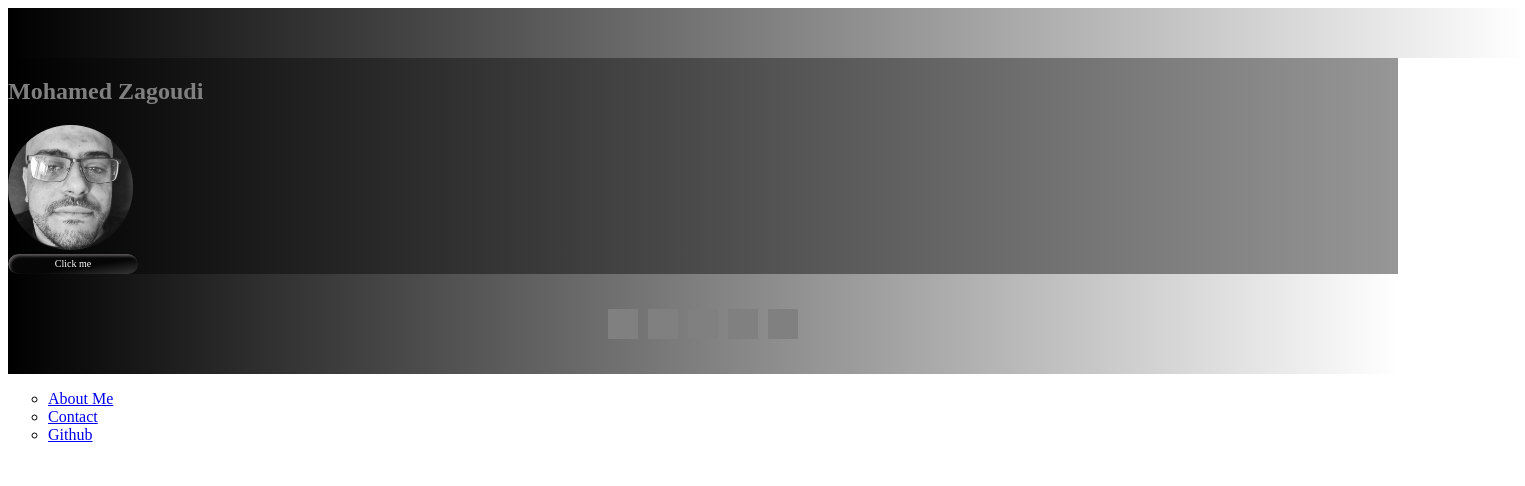
Repository: Mohzagou/Eersteportofolio
Page: index.html
The author's editor kept a copy of each file at every save. The page is drawn from the files as they stood at one save, then again after the next save.
The browser window is 1280 px wide. The page is 1525 px wide, so the pictures cover 1525 px, including what lies to the right of the window. The pictures show the whole page.

Above is the page before, as saved 2022-06-08 00:14:29.

After the next save:
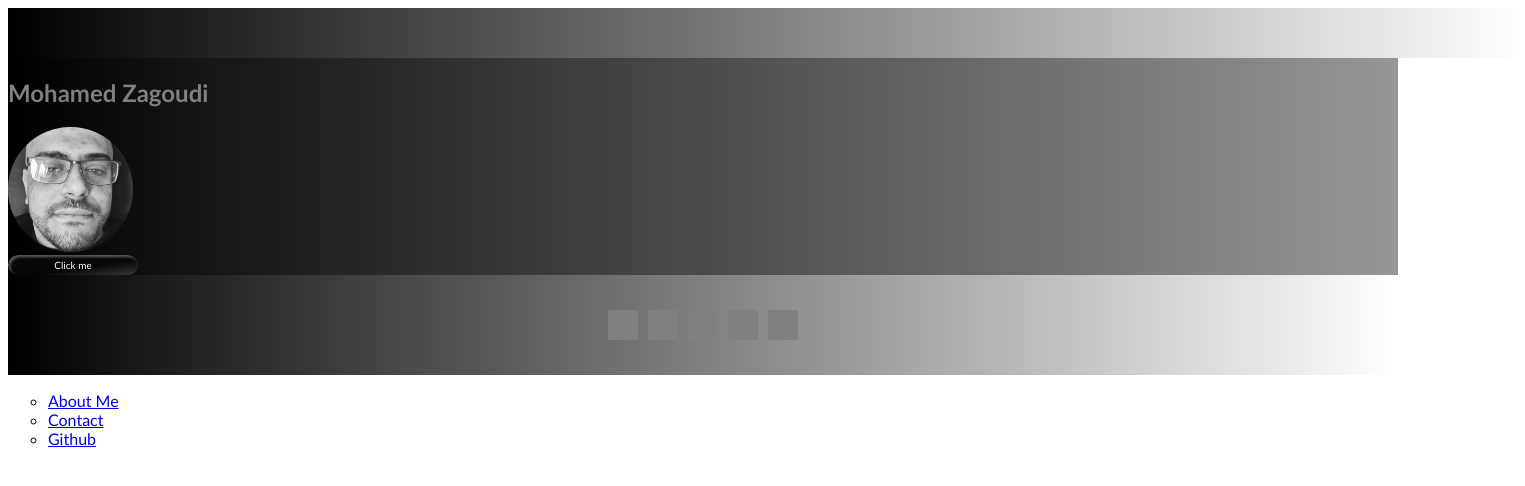
Saved 23 s later.
--- a/styles.css
+++ b/styles.css
@@ -1,7 +1,7 @@
                             body {
                                 display: flex;
                                 flex-direction: column;
-                                font-family:
+                                font-family: 'Gill Sans', 'Gill Sans MT', Calibri, 'Trebuchet MS', sans-serif
                             }
 
                             header {
